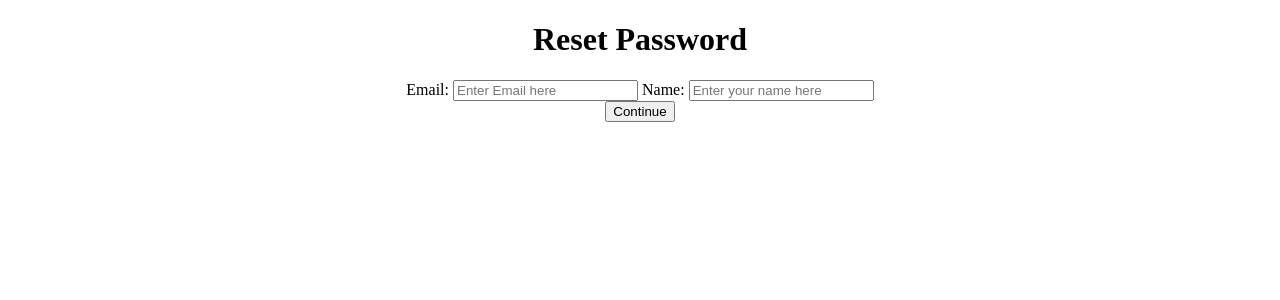
Repository: amila1998/OOP-Group-Assignment-1st-Year-2nd-Semester
Page: http://localhost/OMT/resetPassword.jsp
These files come from the project's save history. The page is drawn as it stood at one moment and after the next save; the edit follows.
The browser window is 1280 px wide. The pictures show the whole page.
The page is served by Tomcat 9. Nobody is signed in. The application's start-up code is not run.

Above is the page before, as saved 2021-05-23 13:35:04.

After the next save:
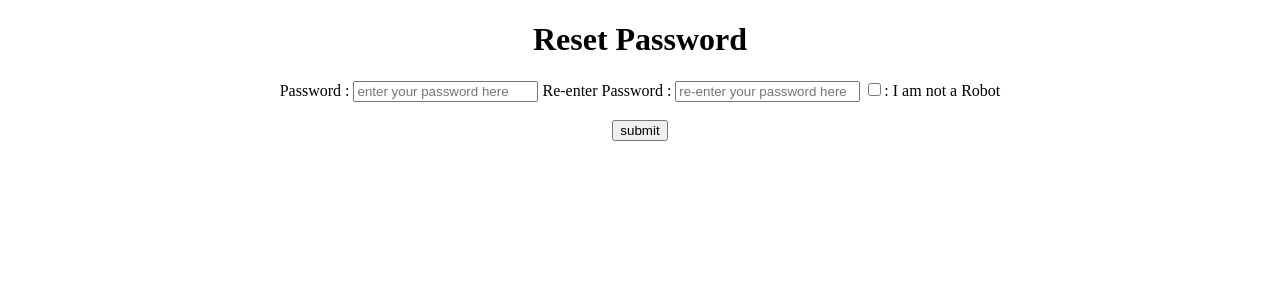
Saved 3 min 52 s later.
--- a/OMT/WebContent/resetPassword.jsp
+++ b/OMT/WebContent/resetPassword.jsp
@@ -15,21 +15,37 @@
 		<form action="resetpassword" method="POST" >
 			<div class="col-50">
 
+					<label for="Password">Password :</label>
+			<input type="password" id="pwd" name="pwd" placeholder="enter your password here"  required >
 
-					<label for="email">Email:</label>
-					<input type="email" name="uemail" placeholder="Enter Email here " required>
-					<label for="name">Name:</label>
-					<input type="text"  name="name" placeholder="Enter your name here" required>
+			<label for="rePassword">Re-enter Password :</label>
+			<input type="password" id="rpwd" name="rpwd" placeholder="re-enter your password here" required>
 
-				</div>
 
-				<div class="row">
-					<div class="col-50">
-						<button value="submit" id="continue" type="submit" class="Btn3">Continue</button>
-					</div>
-				</div>
 
-			</div>
+			<input type="checkbox" id="policy" name="policy" required onclick ="enableButton()">:  I am not a Robot
+			<br><br>
+			<input name="register" class="Btn1" type="submit" id="btn2" name="btn2"  value="submit" disable><br>
+
+			<script>function enableButton(){
+
+						if(document.getElementById("policy").checked){
+							if(document.getElementById("pwd").value != document.getElementById("rpwd").value ){
+
+								alert("password are mismatched!!");
+								document.getElementById("policy").checked = false;
+							}
+							else{
+							}
+
+							document.getElementById("btn2").disabled= false;//this means submit button is enabled
+						}
+						else{
+							document.getElementById("btn2").disabled= true;
+
+						}
+					}
+		</script>
 		</form>
 
     </div>
